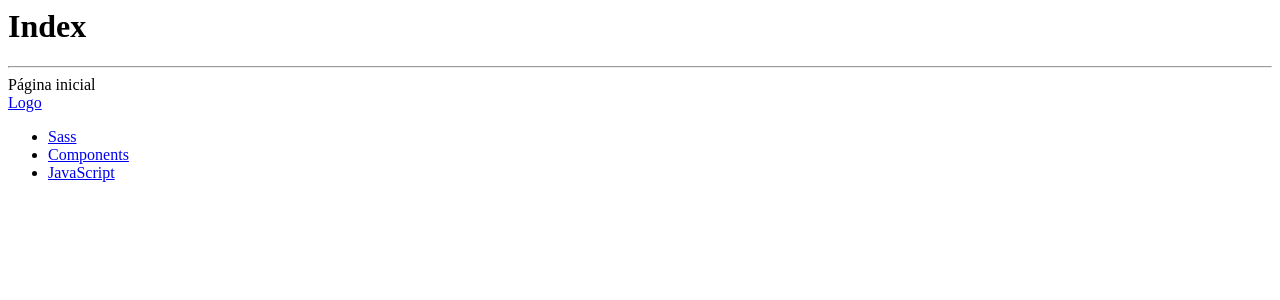
Repository: Cygnus-x1br/ControleFinanceiro
Page: http://localhost/app/Views/index/index.phtml
The author's editor kept a copy of each file at every save. The page is drawn from the files as they stood at one save, then again after the next save.
The browser window is 1280 px wide. The pictures show the whole page.
The page is run by PHP 8.4 with error messages shown; the project is at /var/www/html/.

Above is the page before, as saved 2022-12-26 12:26:50.

After the next save:
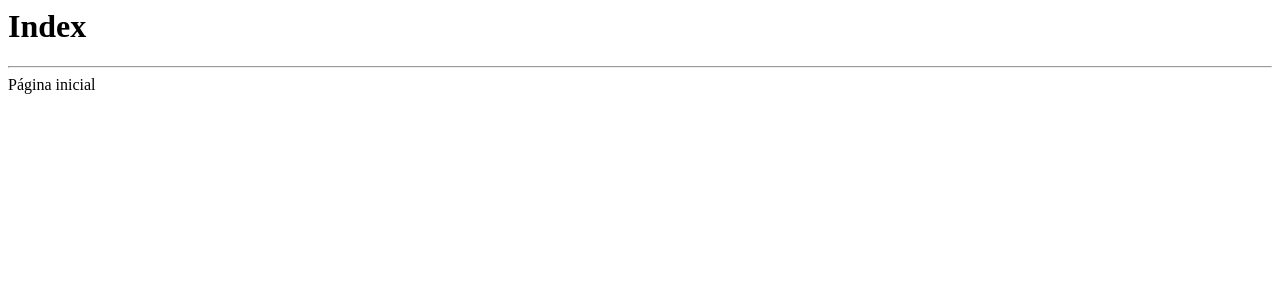
Saved 9 s later.
--- a/app/Views/index/index.phtml
+++ b/app/Views/index/index.phtml
@@ -8,13 +8,3 @@ echo 'Página inicial';
 // print_r($this->viewData->dados);
 // foreach ($this->viewData->dados as $indice => $valor) {
 ?>
-<nav>
-    <div class="nav-wrapper">
-        <a href="#" class="brand-logo">Logo</a>
-        <ul id="nav-mobile" class="right hide-on-med-and-down">
-            <li><a href="sass.html">Sass</a></li>
-            <li><a href="badges.html">Components</a></li>
-            <li><a href="collapsible.html">JavaScript</a></li>
-        </ul>
-    </div>
-</nav>
